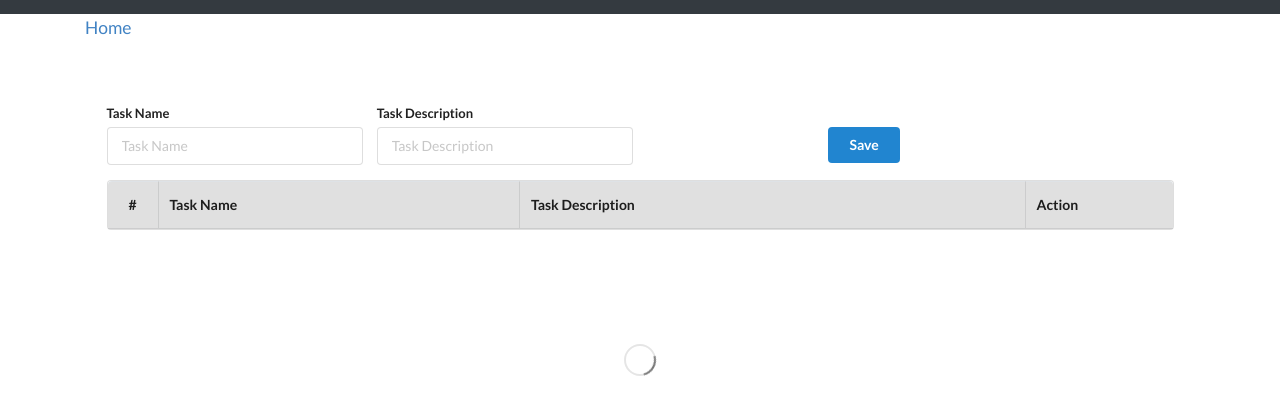
Repository: balkisys/react-js-crud
Page: /
The author's editor kept a copy of each file at every save. The page is drawn from the files as they stood at one save, then again after the next save.
The browser window is 1280 px wide. The pictures show the whole page.
The page's requests for data from a server got no answer. The project was rebuilt for these pictures with package versions that can differ from the ones it lists, and the page was loaded fresh each time. No one was signed in, and anything a server would have sent is missing. Also part of the build but not shown: src/components/Task.js.

Above is the page before, as saved 2021-02-07 19:19:20.

After the next save:
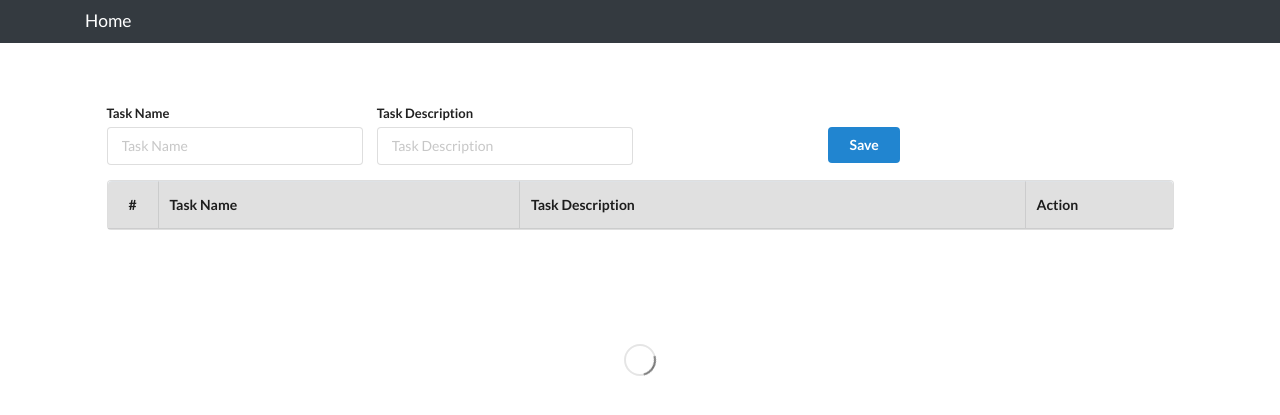
Saved 32 s later.
--- a/src/components/App.js
+++ b/src/components/App.js
@@ -7,12 +7,13 @@ class App extends Component {
           <div>
 
 
-                      <nav class="navbar navbar-dark bg-dark">
-</nav>
+              <nav class="navbar navbar-dark bg-dark">
+                  <div class="container">
+              <a class="navbar-brand" href="#">Home</a>
+             </div>
+              </nav>
 
-           <div class="container">
-    <a class="navbar-brand" href="#">Home</a>
-  </div>
+
 
 
 
